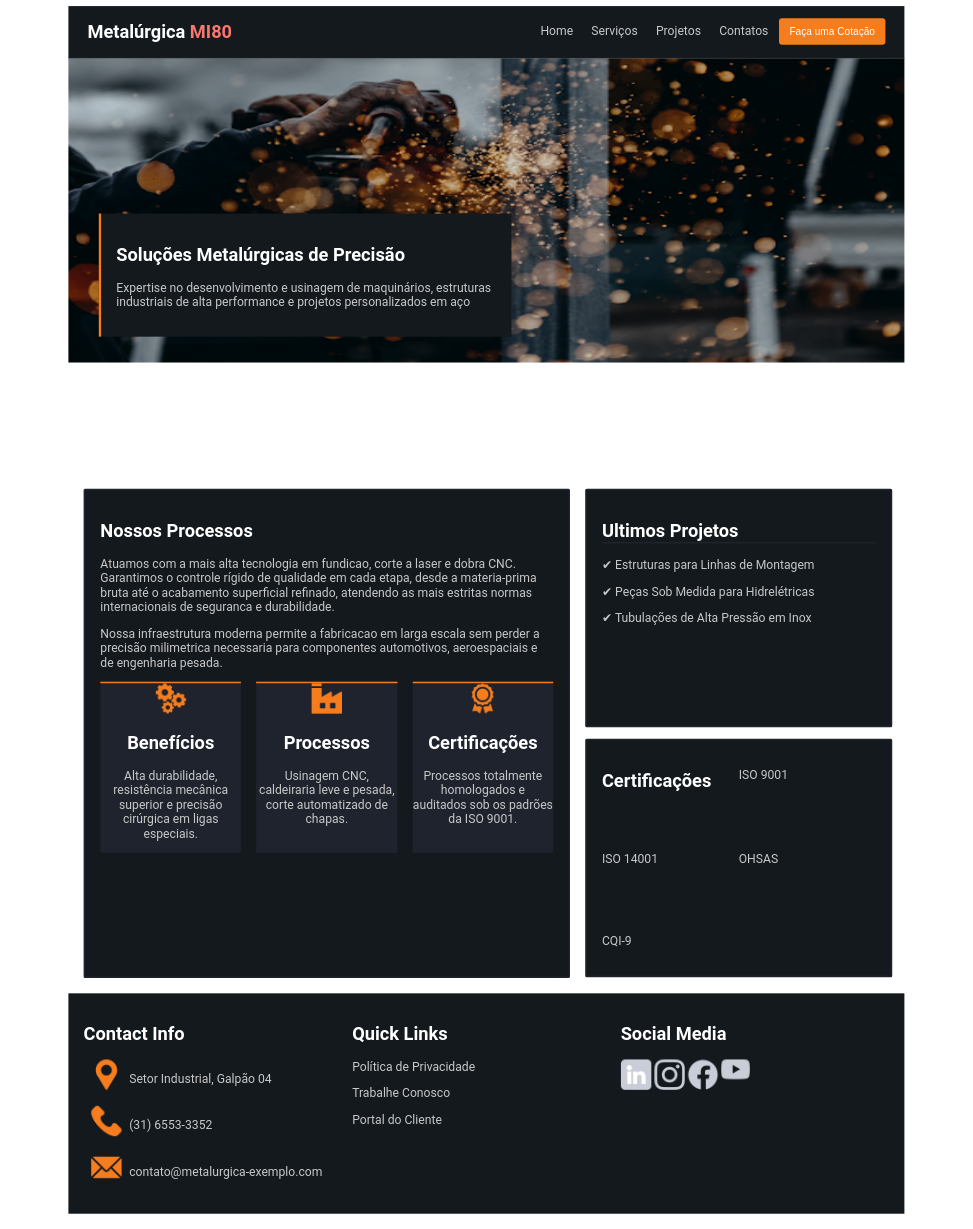
Repository: guiCherpinski/landing-page-metalurgica
Page: index.html
These files come from the project's save history. The page is drawn as it stood at one moment and after a run of saves; the edit follows.
The browser window is 1280 px wide. The pictures show the whole page, at 76% of full size.

Above is the page before, as saved 2026-06-08 15:23:50.

### index.html
<!DOCTYPE html>
<html lang="pt-br">
<head>
    <meta charset="UTF-8">
    <meta name="viewport" content="width=device-width, initial-scale=1.0">
    <title>Metalúrgica</title>
    <link rel="stylesheet" href="style.css">
</head>
<body>
    <header>
        <nav>
            <h1>Metalúrgica <span>MI80</span></h1>

            <div class = "buttons">
                <a href="/">Home</a>
                <a href="/">Serviços</a>
                <a href="/">Projetos</a>
                <a href="/">Contatos</a>
                <button>Faça uma Cotação</button>
            </div>
        </nav>
    </header>

    <main>
        <section class = "hero-section">
            <img src="./img/homem-serrando.png" alt="Foto de um Soldador">
            <div class = "text-hero">
                <h2>Soluções Metalúrgicas de Precisão</h2>
                <p>Expertise no desenvolvimento e usinagem de maquinários, estruturas industriais de alta performance e projetos personalizados em aço</p>
            </div>
        </section>
    </main>

    <section class = "all-sections">
        <section class = "our-process">

            <h2>Nossos Processos</h2>

            <p>Atuamos com a mais alta tecnologia em fundicao, corte a laser e dobra CNC. Garantimos o
                controle rígido de qualidade em cada etapa, desde a materia-prima bruta até o acabamento
                superficial refinado, atendendo as mais estritas normas internacionais de seguranca e
                durabilidade.
            </p>

            <p>Nossa infraestrutura moderna permite a fabricacao em larga escala sem perder a precisão
                milimetrica necessaria para componentes automotivos, aeroespaciais e de engenharia
                pesada.
            </p>

            <section class = "articles">
                <article class = "article-benefits">
                    <img src="./img/settings-gears.png" alt="Icone de engrenagens">
                    <h2>Benefícios</h2>
                    <p>Alta durabilidade, resistência mecânica superior e precisão cirúrgica em ligas especiais.</p>
                </article>

                <article class = "article-process">
                    <img src="./img/industry.png" alt="Icone de industria">
                    <h2>Processos</h2>
                    <p>Usinagem CNC, caldeiraria leve e pesada, corte automatizado de chapas.</p>
                </article>

                <article class = "article-certificates">
                    <img src="./img/medal.png" alt="Icone de medalha">
                    <h2>Certificações</h2>
                    <p>Processos totalmente homologados e auditados sob os padrões da ISO 9001.</p>
                </article>
            </section>
        </section>

        <div class = "grid">
            <section class = "last-projects">
                <h2>Ultimos Projetos</h2>
                <p>✔ Estruturas para Linhas de Montagem </p>
                <p>✔ Peças Sob Medida para Hidrelétricas</p>
                <p>✔ Tubulações de Alta Pressão em Inox</p>
            </section>

            <section class = "certificates">
                <h2>Certificações</h2>
                <p>ISO 9001</p>
                <p>ISO 14001</p>
                <p>OHSAS</p>
                <p>CQI-9</p>
            </section>
        </div>
    </section>


    <footer class = "rodape">
        <section>
            <h2>Contact Info</h2>

            <article class = "text-rodape">
                <img src="./img/placeholder.png" alt="Icone pin">
                <p>Setor Industrial, Galpão 04</p>
            </article>

            <article class = "text-rodape">
                <img src="./img/phone-call.png" alt="Icone de telefone">
                <p>(31) 6553-3352</p>
            </article>

            <article class = "text-rodape   ">
                <img src="./img/email.png" alt="Icone email">
                <p>contato@metalurgica-exemplo.com</p>
            </article>
        </section>

        <section>
            <h2>Quick Links</h2>
            <p>Política de Privacidade</p>
            <p>Trabalhe Conosco</p>
            <p>Portal do Cliente</p>
        </section>

        <section>
            <h2>Social Media</h2>
            <img src="./img/linkedin.png" alt="Icone linkedin">
            <img src="./img/instagram.png" alt="Icone instagram">
            <img src="./img/facebook.png" alt="Icone facebook">
            <img src="./img/youtube.png" alt="Icone youtube">
        </section>
    </footer>


</body>
</html>

### style.css
body{
    font-family: 'Roboto' , sans-serif;
    justify-items: center;
    /*background: #0A0A14;*/
}

header{
    background: #14191E;
    width: 1100px;
    border-bottom: 1px solid #2D2929;
}

header h1{
    color: white;
}

header h1 span {
    color: #FA776E;
}

header nav {
    display: flex;
    align-items: center;
    justify-content: space-between;
    margin-left: 25px;
    margin-right: 25px;
}

header nav a {
    margin-left: 10px;
    margin-right: 10px;
    text-decoration: none;
    color: #C8C8C8;
}


header button {
    width:140px;
    height: 35px;
    background: #F57D1E;
    border: none;
    border-radius: 4px;
    color: white;
}

header button:hover{
    cursor: pointer;
    background:#CC5500;
}

.hero-section img{
    width: 1100px;
    height: 400px;
}

.text-hero{
    background: #14191E;
    border-left: 3px solid #F57D1E;
    width: 500px;
    padding: 20px;
    position: relative;
    bottom: 200px;
    left: 40px;
}

.text-hero h2{
    color: white;
}

.text-hero p{
    color: #c8c8c8;
}

.articles{
    display: grid;
    grid-template-columns: 1fr 1fr 1fr;
    gap: 20px;
}

.our-process{
    background: #14191E;
    height: 600px;
    border: 2px solid #1F242C;
    border-radius: 2px;
    padding: 20px;
}

.our-process h2{
    color: white;
}

.our-process p{
    color: #c8c8c8;
}

.our-process img{
    width: 40px;
    height: 40px;
}

.article-benefits{
    background: #1E232D;
    border-top: 2px solid #F27B1E;
    text-align: center;
}

.article-process{
    background: #1E232D;
    border-top: 2px solid #F27B1E;
    text-align: center;
}

.article-certificates{
    background: #1E232D;
    border-top: 2px solid #F27B1E;
    text-align: center;
}

.last-projects{
    background: #14191E;
    border: 2px solid #1F242C;
    border-radius: 2px;
    padding: 20px;
    height: 270px;
    width: 360px;
}

.last-projects h2{
    color: white;
    border-bottom: 2px solid #1F242C;
}

.last-projects p {
    color: #c8c8c8;
}

.certificates{
    background: #14191E;
    border: 2px solid #1F242C;
    border-radius: 2px;
    height: 270px;
    width: 360px;
    padding: 20px;
    margin-top: 15px;
    display: grid;
    grid-template-columns: 1fr 1fr;
    grid-template-rows: 1fr 1fr ;
}

.certificates h2{
    color: white;
}

.certificates p{
    color: #c8c8c8;
}

.all-sections{
    display: grid;
    grid-template-columns: 640px 400px;
    gap: 20px;
}

.rodape{
    padding: 20px;
    width: 1060px;
    margin: 20px;
    display: grid;
    grid-template-columns: 1fr 1fr 1fr;
    background: #14191E;
}

.rodape h2{
    color: white;
}

.rodape p{
    color: #c8c8c8;
}

.rodape img {
    width: 40px;
    height: 40px;
}

.text-rodape{
    border-top: #1F242C;
    display: flex;
    margin: 10px;
    gap: 10px;
}

.grid{
    display: grid;
    grid-template-columns: 1fr;
}

After the next 3 saves:
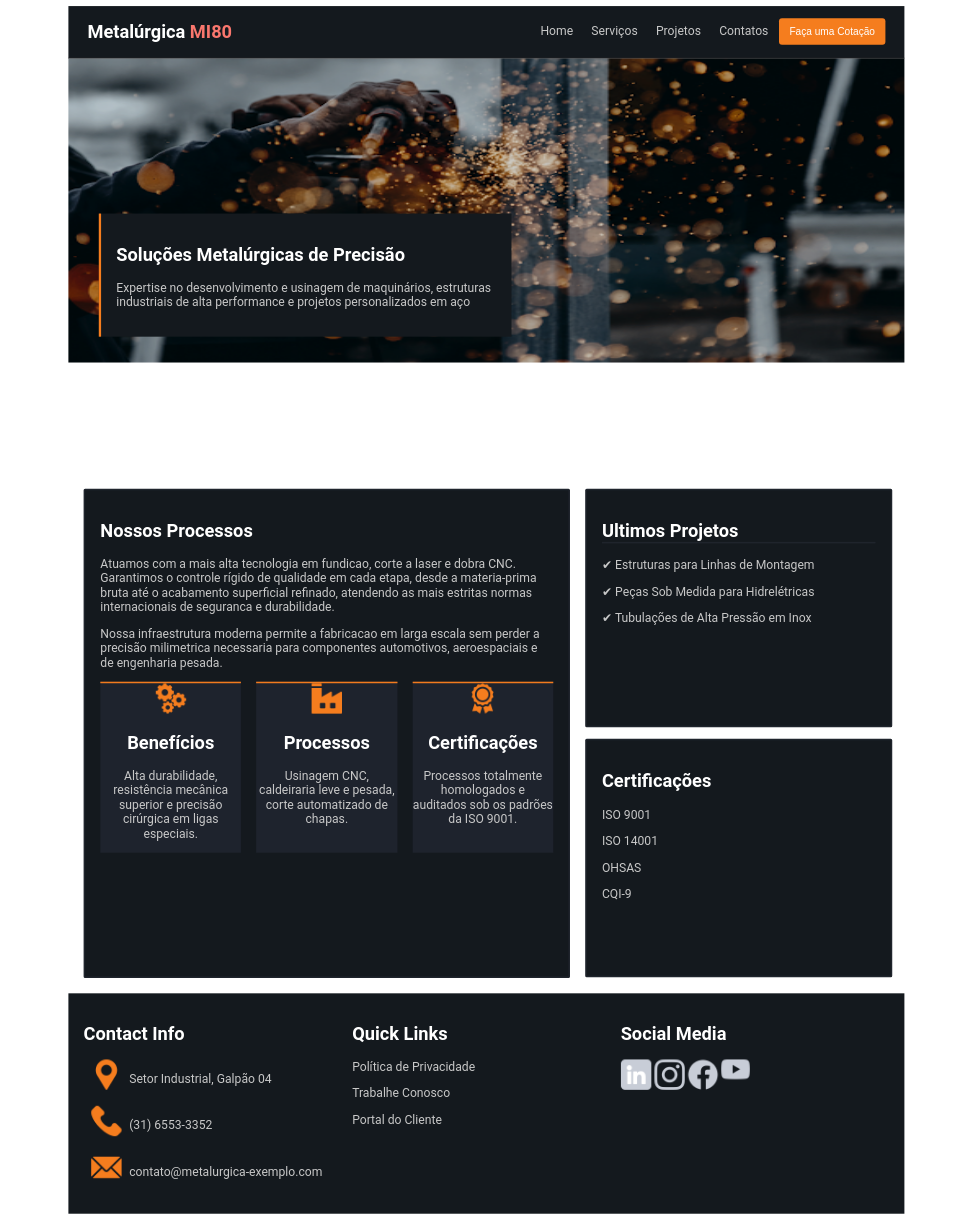
The 3 saves are shown as one change because they came seconds apart.
The last was saved 9 s later.
--- a/style.css
+++ b/style.css
@@ -142,9 +142,6 @@ header button:hover{
     width: 360px;
     padding: 20px;
     margin-top: 15px;
-    display: grid;
-    grid-template-columns: 1fr 1fr;
-    grid-template-rows: 1fr 1fr ;
 }
 
 .certificates h2{
